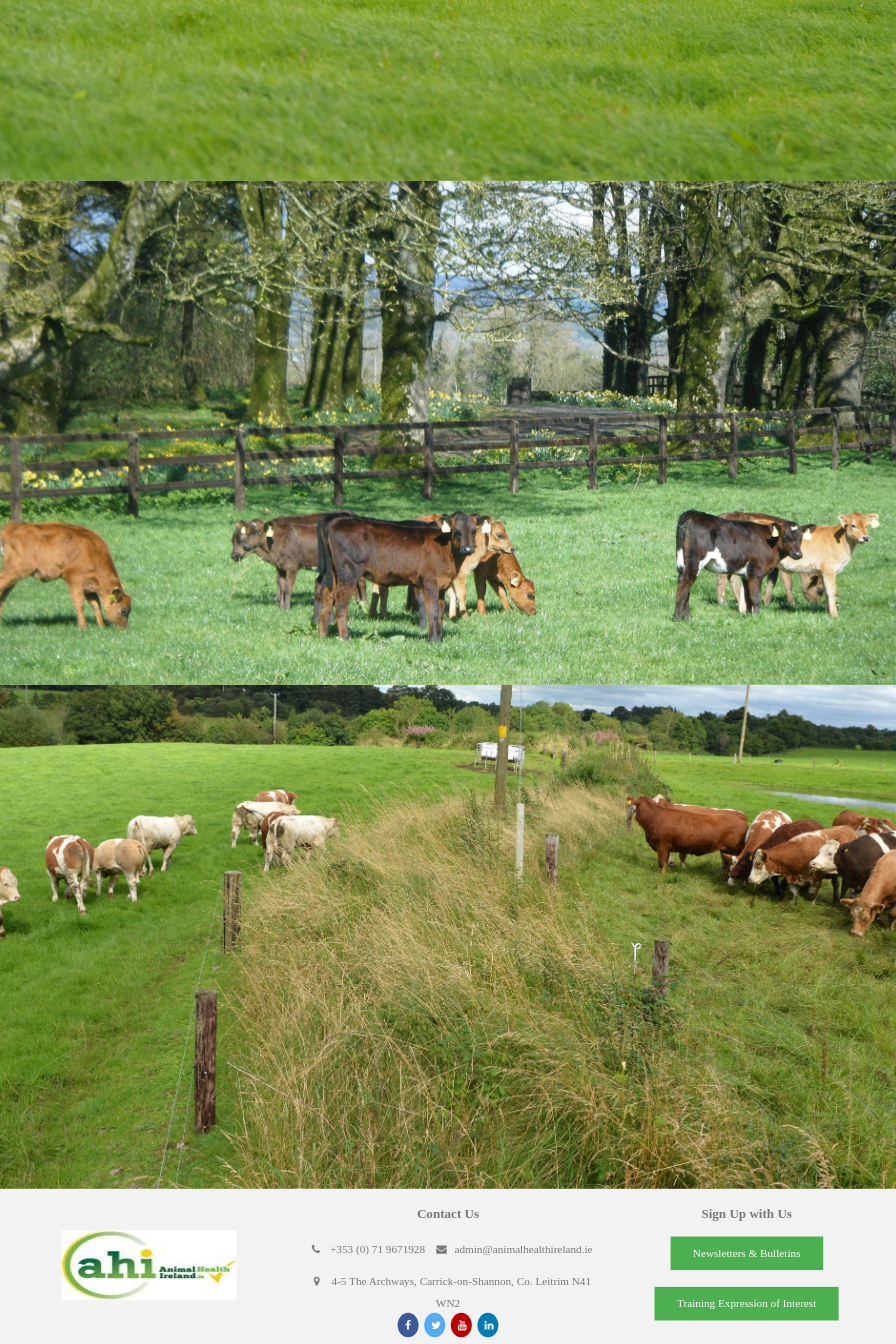
Repository: lisaannbyrne1/MilestoneProject1
Page: index.html
The author's editor kept a record of every edit. The page is drawn from the files as they stood at one moment, then again after the next edit.
The browser window is 1280 px wide. The pictures show the part of the page from y = 1979 to 3899 px (the page is 3899 px tall), at 70% of full size.
Backgrounds fixed to the window are drawn as part of the page.

Above is the page before.

After the next edit:
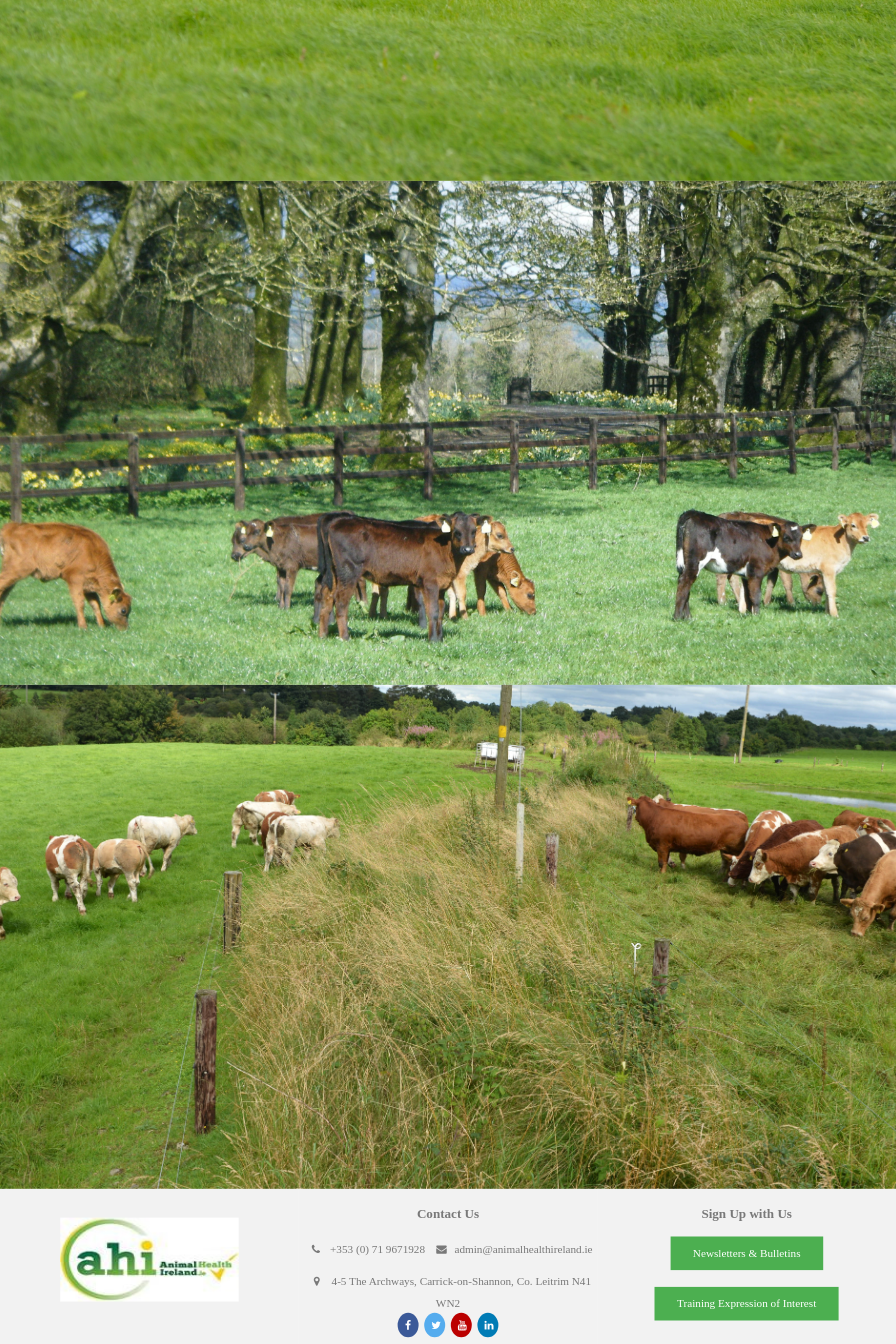
The edit:
--- a/index.html
+++ b/index.html
@@ -76,8 +76,8 @@
     <footer>
         <div class="col-container ">
             <div class="col">
-                <br><br><br>
-                 <a href="#home"> <img src="assets/images/ahi.jpg" alt="AHI" style="width:250px;height:100px;"></a>
+                <br><br>
+                <a href="#home"> <img src="assets/images/ahi.jpg" alt="AHI" style="width:255px;height:120px;"></a>
             </div>
             <div class="col">
                 <h3>Contact Us</h3>
